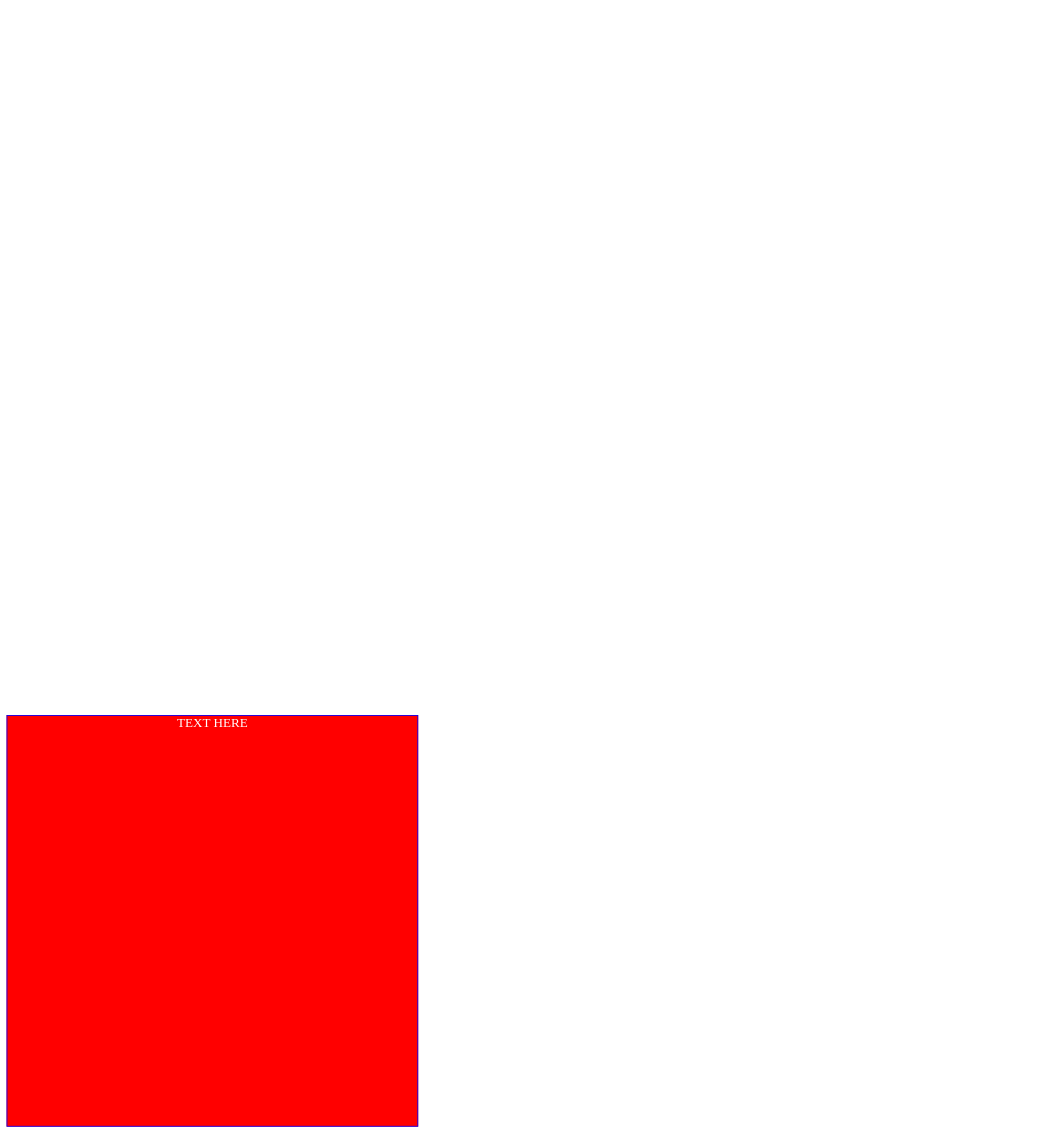
Repository: piyushiso/piyushiso.github.io
Page: random/daynight/index.html
The author's editor kept a copy of each file at every save. The page is drawn from the files as they stood at one save, then again after a run of saves.
The browser window is 1280 px wide. The page is 1288 px wide, so the pictures cover 1288 px, including what lies to the right of the window. The pictures show the whole page, at 82% of full size.

Above is the page before, as saved 2022-05-23 16:04:05.

After the next 2 saves:
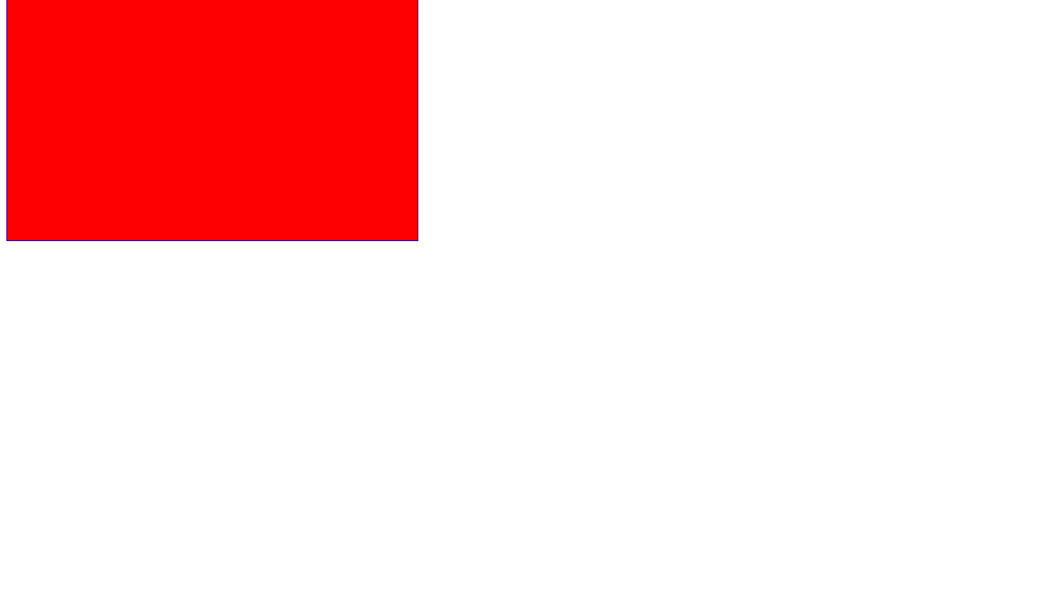
The 2 saves are shown as one change because they came seconds apart.
The last was saved 8 s later.
--- a/random/daynight/styles/style.css
+++ b/random/daynight/styles/style.css
@@ -13,7 +13,7 @@
     width: 500px;
     border: solid thin blue;
     position: absolute;
-    top: 120%;
+    top: -30%;
     text-align: center;
     color: white;
 }
